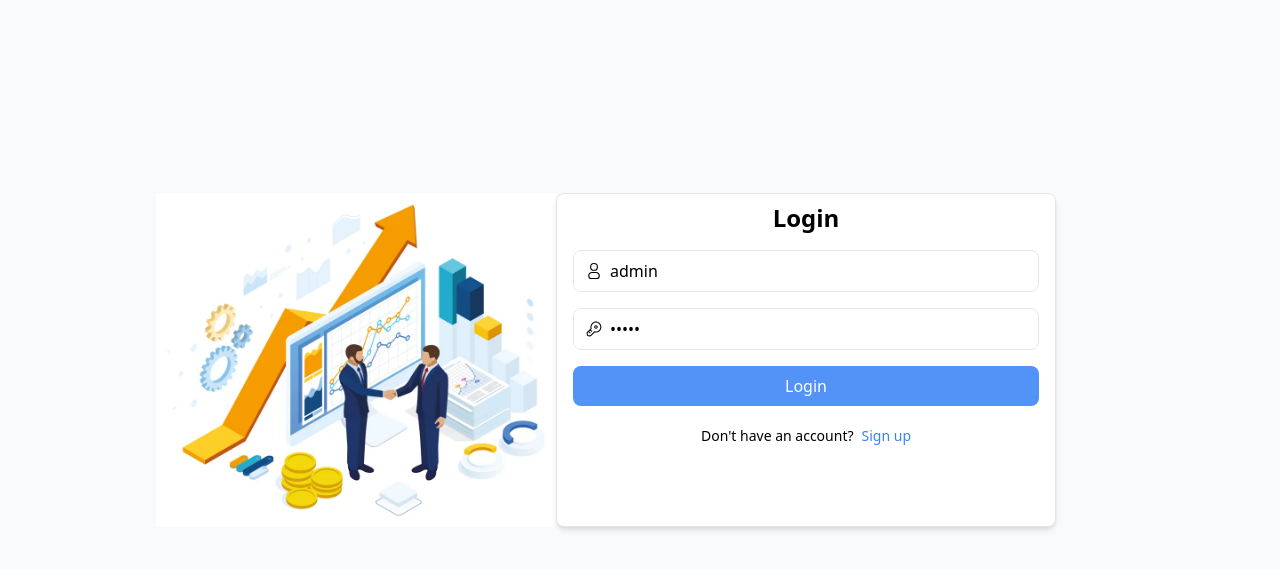
Repository: Fortivera/yourestate
Page: /
These files come from the project's save history. The page is drawn as it stood at one moment and after the next save; the edit follows.
The browser window is 1280 px wide. The pictures show the whole page.
The project was rebuilt for these pictures with package versions that can differ from the ones it lists, and the page was loaded fresh each time. The framework's server and built-in components were replaced by stand-ins that run in the browser. Also part of the build but not shown: next.config.js.

Above is the page before, as saved 2023-11-01 23:42:04.

After the next save:
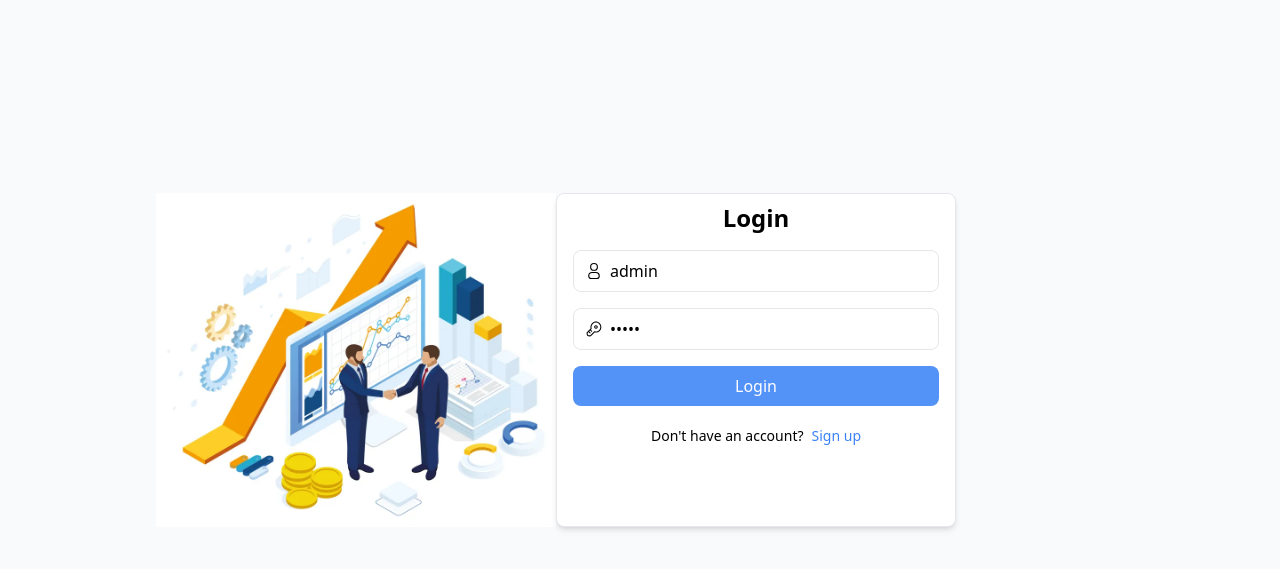
Saved 13 s later.
--- a/src/app/page.tsx
+++ b/src/app/page.tsx
@@ -11,7 +11,7 @@ export default function Login() {
           <figure className="w-full tablet:w-[300px] laptop:w-[400px]">
             <Image src="/static/growth.jpg" alt="login page picture" layout="responsive" width={300} height={200} />
           </figure>
-          <div className="w-[500px] px-4 pb-8 pt-2 bg-white border rounded-lg shadow-md">
+          <div className="w-[400px] px-4 pb-8 pt-2 bg-white border rounded-lg shadow-md">
             <h1 className="text-2xl font-semibold text-center mb-4">Login</h1>
 
             <div className="mb-4 relative">
